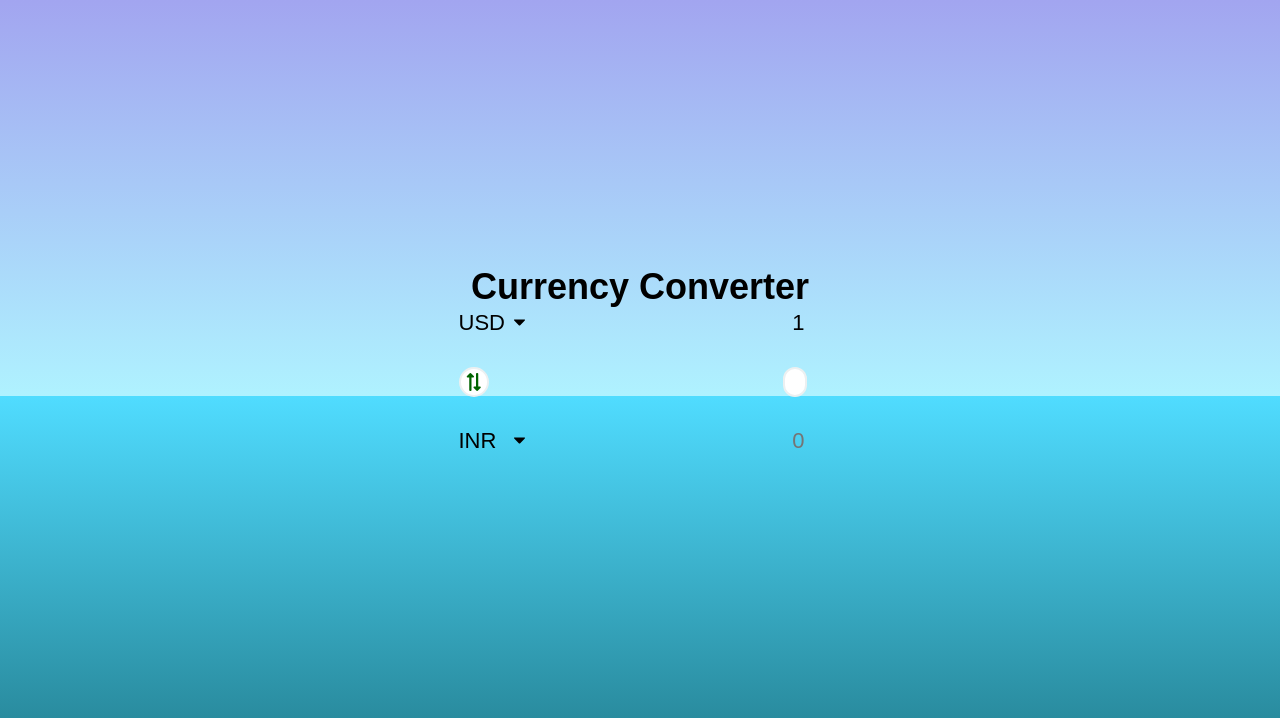
Repository: Sp4ngl3r/Currency-Converter
Page: currency.html
An editor plug-in stored every save of this project. The page is shown before and after the next save, followed by the edit.
The browser window is 1280 px wide. The pictures show the whole page.
The page's requests for data from a server got no answer. Some web fonts or font styles are not loaded; a fallback is used. Some web libraries are served in a nearby version.

Above is the page before, as saved 2020-04-19 09:15:31.

### currency.html
<html lang="en">
  <head>
    <meta charset="UTF-8" />
    <title>Currency Converter</title>
    <link
      rel="stylesheet"
      href="https://cdnjs.cloudflare.com/ajax/libs/font-awesome/5.10.2/css/all.min.css"
    />
    <link rel="stylesheet" href="currency.css" />
  </head>
  <body>
    <div>
      <h1>Currency Converter</h1>
    </div>
    <div class="container">
      <div class="currency">
        <select id="from_currency">
          <option value="AED">AED</option>
          <option value="ARS">ARS</option>
          <option value="AUD">AUD</option>
          <option value="BGN">BGN</option>
          <option value="BRL">BRL</option>
          <option value="BSD">BSD</option>
          <option value="CAD">CAD</option>
          <option value="CHF">CHF</option>
          <option value="CLP">CLP</option>
          <option value="CNY">CNY</option>
          <option value="COP">COP</option>
          <option value="CZK">CZK</option>
          <option value="DKK">DKK</option>
          <option value="DOP">DOP</option>
          <option value="EGP">EGP</option>
          <option value="EUR">EUR</option>
          <option value="FJD">FJD</option>
          <option value="GBP">GBP</option>
          <option value="GTQ">GTQ</option>
          <option value="HKD">HKD</option>
          <option value="HRK">HRK</option>
          <option value="HUF">HUF</option>
          <option value="IDR">IDR</option>
          <option value="ILS">ILS</option>
          <option value="INR">INR</option>
          <option value="ISK">ISK</option>
          <option value="JPY">JPY</option>
          <option value="KRW">KRW</option>
          <option value="KZT">KZT</option>
          <option value="MXN">MXN</option>
          <option value="MYR">MYR</option>
          <option value="NOK">NOK</option>
          <option value="NZD">NZD</option>
          <option value="PAB">PAB</option>
          <option value="PEN">PEN</option>
          <option value="PHP">PHP</option>
          <option value="PKR">PKR</option>
          <option value="PLN">PLN</option>
          <option value="PYG">PYG</option>
          <option value="RON">RON</option>
          <option value="RUB">RUB</option>
          <option value="SAR">SAR</option>
          <option value="SEK">SEK</option>
          <option value="SGD">SGD</option>
          <option value="THB">THB</option>
          <option value="TRY">TRY</option>
          <option value="TWD">TWD</option>
          <option value="UAH">UAH</option>
          <option value="USD" selected>USD</option>
          <option value="UYU">UYU</option>
          <option value="VND">VND</option>
          <option value="ZAR">ZAR</option>
        </select>
        <input type="number" id="from_amount" placeholder="0" value="1" />
      </div>
      <div class="middle">
        <button id="exchange">
          <i class="fas fa-exchange-alt"></i>
        </button>
        <div class="rate" id="rate"></div>
      </div>
      <div class="currency">
        <select id="to_currency"
          ><option value="AED">AED</option>
          <option value="ARS">ARS</option>
          <option value="AUD">AUD</option>
          <option value="BGN">BGN</option>
          <option value="BRL">BRL</option>
          <option value="BSD">BSD</option>
          <option value="CAD">CAD</option>
          <option value="CHF">CHF</option>
          <option value="CLP">CLP</option>
          <option value="CNY">CNY</option>
          <option value="COP">COP</option>
          <option value="CZK">CZK</option>
          <option value="DKK">DKK</option>
          <option value="DOP">DOP</option>
          <option value="EGP">EGP</option>
          <option value="EUR">EUR</option>
          <option value="FJD">FJD</option>
          <option value="GBP">GBP</option>
          <option value="GTQ">GTQ</option>
          <option value="HKD">HKD</option>
          <option value="HRK">HRK</option>
          <option value="HUF">HUF</option>
          <option value="IDR">IDR</option>
          <option value="ILS">ILS</option>
          <option value="INR" selected>INR</option>
          <option value="ISK">ISK</option>
          <option value="JPY">JPY</option>
          <option value="KRW">KRW</option>
          <option value="KZT">KZT</option>
          <option value="MXN">MXN</option>
          <option value="MYR">MYR</option>
          <option value="NOK">NOK</option>
          <option value="NZD">NZD</option>
          <option value="PAB">PAB</option>
          <option value="PEN">PEN</option>
          <option value="PHP">PHP</option>
          <option value="PKR">PKR</option>
          <option value="PLN">PLN</option>
          <option value="PYG">PYG</option>
          <option value="RON">RON</option>
          <option value="RUB">RUB</option>
          <option value="SAR">SAR</option>
          <option value="SEK">SEK</option>
          <option value="SGD">SGD</option>
          <option value="THB">THB</option>
          <option value="TRY">TRY</option>
          <option value="TWD">TWD</option>
          <option value="UAH">UAH</option>
          <option value="USD">USD</option>
          <option value="UYU">UYU</option>
          <option value="VND">VND</option>
          <option value="ZAR">ZAR</option>
        </select>
        <input type="number" id="to_amount" placeholder="0" />
      </div>
    </div>
    <script src="currency.js"></script>
  </body>
</html>

### currency.css
@import url("https://fonts.googleapis.com/css?family=Muli&display=swap");
* {
  box-sizing: border-box;
}
body {
  background: linear-gradient(
    to bottom,
    #a2a5f0 0%,
    #aff2ff 55%,
    #50dcff 55%,
    #298b9e 100%
  );
  font-family: "Muli", fantasy;
  display: flex;
  flex-direction: column;
  justify-content: center;
  align-items: center;
  height: 100vh;
  margin: 0;
}
.currency {
  display: flex;
  align-items: center;
  justify-content: space-between;
}
.currency select {
  background: transparent;
  background-image: url("data:[embedded picture, 475 characters]");
  background-repeat: no-repeat, repeat;
  background-position: right 0.2em top 50%, 0 0;
  background-size: 0.5em auto, 100%;
  border: 0;
  padding-right: 20px;
  font-size: 22px;
  -moz-appearance: none;
  -webkit-appearance: none;
  appearance: none;
}
.currency input {
  border: 0;
  background: transparent;
  font-size: 22px;
  text-align: right;
}
.middle {
  color: brown;
  display: flex;
  align-items: center;
  justify-content: space-between;
}
.middle button {
  background-color: #fff;
  border: 2px solid #ecf0f1;
  border-radius: 50%;
  cursor: pointer;
  color: darkgreen;
  font-size: 18px;
  display: flex;
  align-items: center;
  justify-content: center;
  height: 30px;
  width: 30px;
  transform: rotate(90deg);
}
.middle button:active {
  transform: rotate(90deg) scale(0.9);
}
.middle .rate {
  background-color: #fff;
  border: 2px solid #ecf0f1;
  border-radius: 50px;
  font-size: 18px;
  display: flex;
  align-items: center;
  justify-content: center;
  height: 30px;
  padding: 0 10px;
  margin: 30px 15px 30px 25px;
}
select:focus,
input:focus,
button:focus {
  outline: 0;
}
h1 {
  font-family: "Comic Sans MS", cursive, sans-serif;
  font-size: 36px;
  font-weight: bold;
  margin-top: 0px;
  margin-bottom: 1px;
}

### currency.js
const from_initial_currency = document.getElementById("from_currency");
const from_initial_amount = document.getElementById("from_amount");
const to_expected_currency = document.getElementById("to_currency");
const to_expected_amount = document.getElementById("to_amount");
const rateEl = document.getElementById("rate");
const exchange = document.getElementById("exchange");

from_initial_currency.addEventListener("change", calculate);
from_initial_amount.addEventListener("input", calculate);
to_expected_currency.addEventListener("change", calculate);
to_expected_amount.addEventListener("input", calculate);

exchange.addEventListener("click", () => {
  const temp = from_initial_currency.value;
  from_initial_currency.value = to_expected_currency.value;
  to_expected_currency.value = temp;
  calculate();
});

function calculate() {
  const from_currency = from_initial_currency.value;
  const to_currency = to_expected_currency.value;

  fetch(`https://api.exchangerate-api.com/v4/latest/${from_currency}`)
    .then((res) => res.json())
    .then((res) => {
      const rate = res.rates[to_currency];
      rateEl.innerText = `1 ${from_currency} = ${rate} ${to_currency}`;
      to_expected_amount.value = (from_initial_amount.value * rate).toFixed(2);
    });
}

calculate();

After the next save:
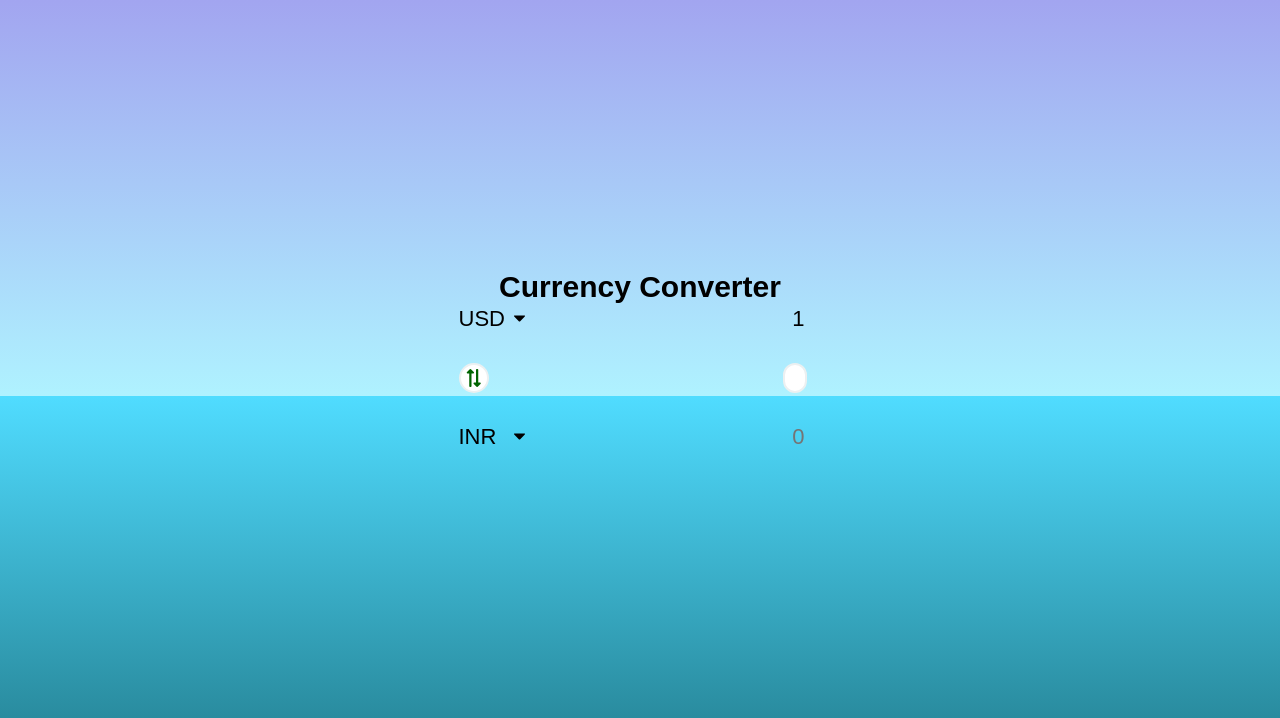
Saved 13 s later.
--- a/currency.css
+++ b/currency.css
@@ -84,7 +84,7 @@ button:focus {
 }
 h1 {
   font-family: "Comic Sans MS", cursive, sans-serif;
-  font-size: 36px;
+  font-size: 30px;
   font-weight: bold;
   margin-top: 0px;
   margin-bottom: 1px;
